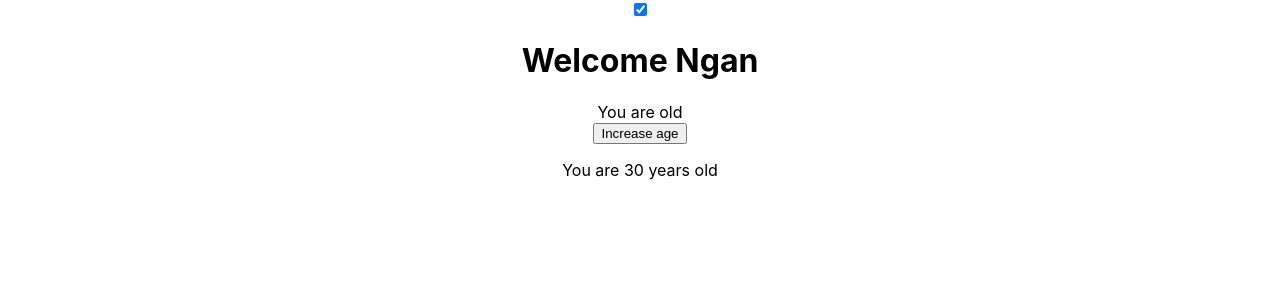
Repository: nguyenthibichngan/learn-react-redux
Page: /
The author's editor kept a copy of each file at every save. The page is drawn from the files as they stood at one save, then again after the next save.
The browser window is 1280 px wide. The pictures show the whole page.
The project was rebuilt for these pictures with package versions that can differ from the ones it lists, and the page was loaded fresh each time.

Above is the page before, as saved 2023-09-11 14:40:40.

### src/App.js
import "./App.css";
import { AgeCounter } from "./component/AgeCounter";
import { Greetings } from "./component/Greetings";

function App() {
  return (
    <div className="App">
      <input
        type="checkbox"
        checked
        onChange={function () {
          console.log("You clicked");
        }}
      />
      <h1>Welcome Ngan</h1>
      <Greetings
        firstName={"Rachel"}
        lastName={"Green"}
        age={101}
        car={{ brand: "Viper", color: "red", speed: 200 }}
        doSomething={function () {
          console.log("Hi Ngannn");
        }}
      />

      <AgeCounter />
    </div>
  );
}

export default App;

### src/component/AgeCounter.js
import { useState } from "react";

export function AgeCounter(props) {
  //   let age = 30;

  //   function increaseAge() {
  //     age++;
  //   }

  const [age, setAge] = useState(30);

  function increaseAge() {
    setAge(age + 1);
  }

  return (
    <div>
      <button onClick={increaseAge}>Increase age</button>
      <p>You are {age} years old</p>
    </div>
  );
}

### src/component/Greetings.js
export function Greetings(props) {
  console.log(props);

  if (props.age > 100) {
    return <div>You are old</div>;
  } else {
    return <div>You are young</div>;
  }

  //   return (
  //     <div>
  //       Hi {props.firstName} {props.lastName} you are {props.age}
  //     </div>
  //   );
}

### src/component/AgeDisplay.js
export function AgeDisplay(props) {
  return <p>You are {props.age} years old</p>;
}

Loaded but not shown: public/index.html (common file); src/index.js (common file); src/index.css (common file); src/reportWebVitals.js (common file); src/App.css (common file)

After the next save:
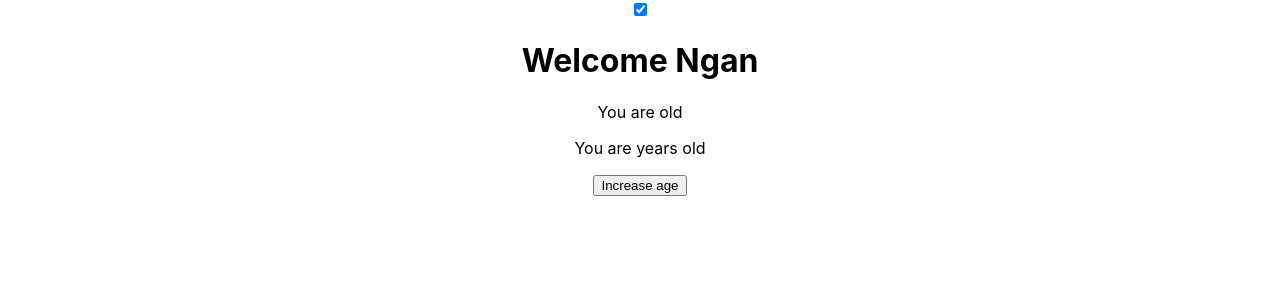
Saved 14 s later.
--- a/src/component/AgeCounter.js
+++ b/src/component/AgeCounter.js
@@ -1,4 +1,5 @@
 import { useState } from "react";
+import { AgeDisplay } from "./AgeDisplay";
 
 export function AgeCounter(props) {
   //   let age = 30;
@@ -15,8 +16,10 @@ export function AgeCounter(props) {
 
   return (
     <div>
+      {/* <p>You are {age} years old</p> */}
+
+      <AgeDisplay />
       <button onClick={increaseAge}>Increase age</button>
-      <p>You are {age} years old</p>
     </div>
   );
 }
